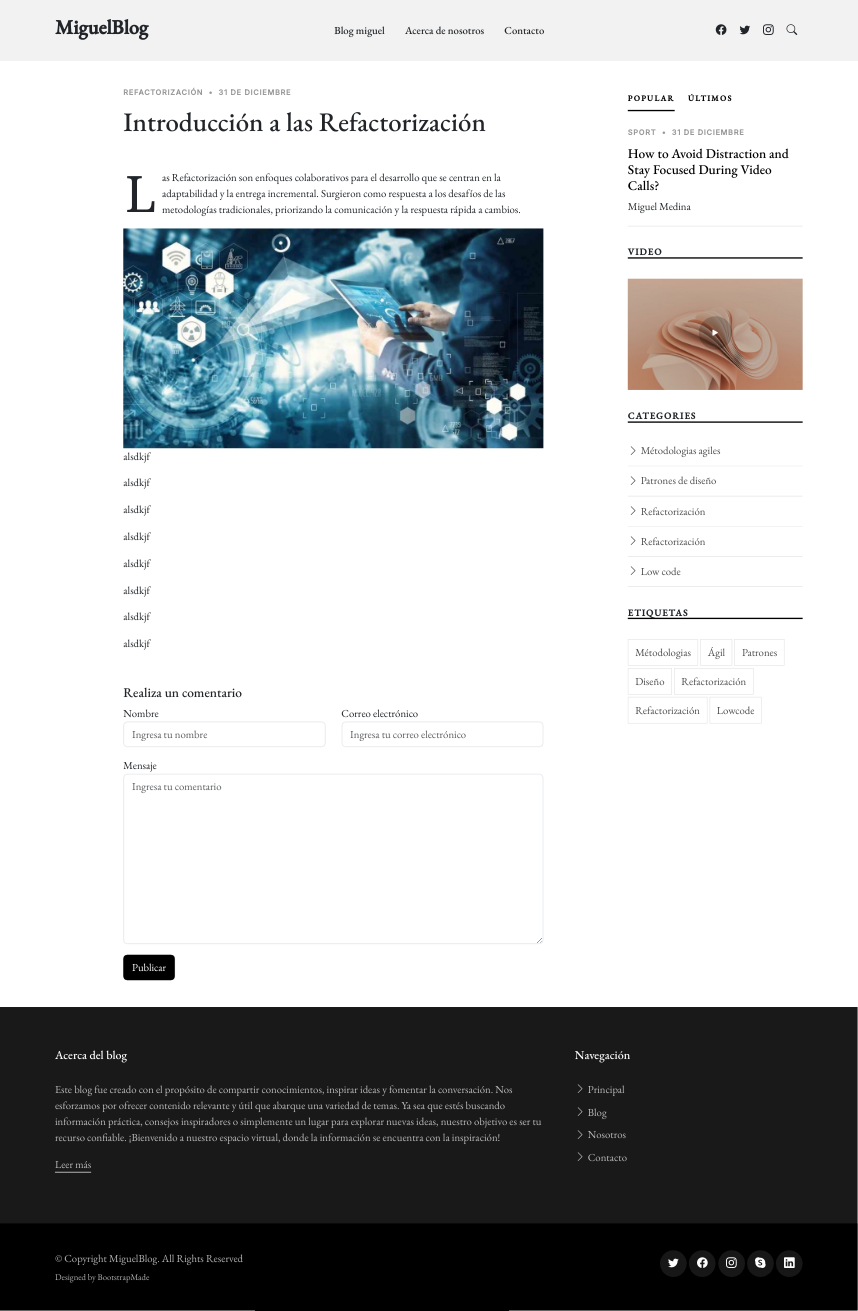
Repository: MiguelDev5/blog-miguel
Page: post-r.html
The author's editor kept a copy of each file at every save. The page is drawn from the files as they stood at one save, then again after the next save.
The browser window is 1280 px wide. The pictures show the whole page, at 67% of full size.
Some web fonts or font styles are not loaded; a fallback is used.

Above is the page before, as saved 2024-01-01 20:58:49.

After the next save:
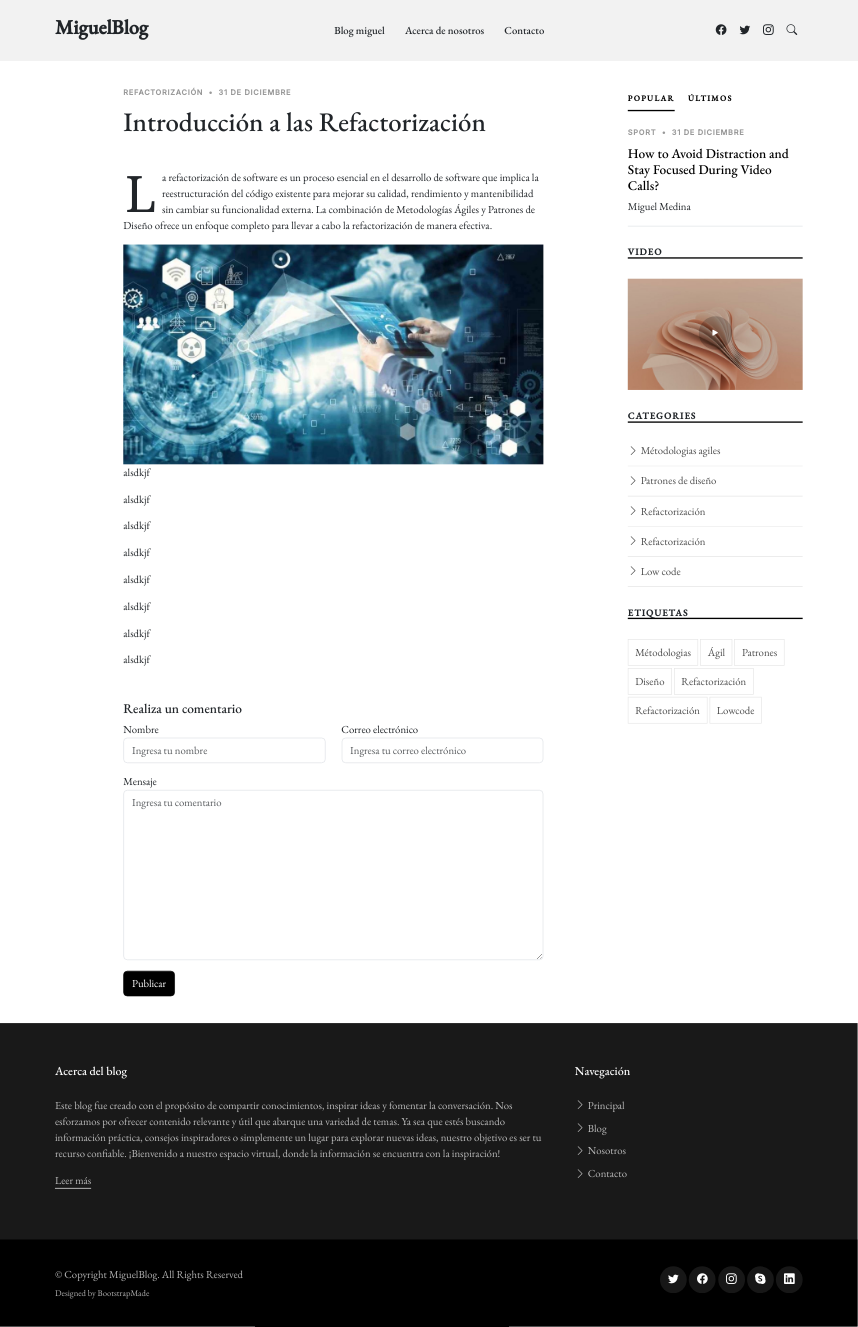
Saved 12 s later.
--- a/post-r.html
+++ b/post-r.html
@@ -92,7 +92,7 @@
             <div class="single-post">
               <div class="post-meta"><span class="date">Refactorización</span> <span class="mx-1">&bullet;</span> <span>31 de Diciembre</span></div>
               <h1 class="mb-5">Introducción a las Refactorización</h1>
-              <p><span class="firstcharacter">L</span>as Refactorización son enfoques colaborativos para el desarrollo que se centran en la adaptabilidad y la entrega incremental. Surgieron como respuesta a los desafíos de las metodologías tradicionales, priorizando la comunicación y la respuesta rápida a cambios.</p>
+              <p><span class="firstcharacter">L</span>a refactorización de software es un proceso esencial en el desarrollo de software que implica la reestructuración del código existente para mejorar su calidad, rendimiento y mantenibilidad sin cambiar su funcionalidad externa. La combinación de Metodologías Ágiles y Patrones de Diseño ofrece un enfoque completo para llevar a cabo la refactorización de manera efectiva.</p>
               <div class="col-md-9"></div>
                   <img src="assets/img/m001.jpg" alt="" class="img-fluid" style="width: 200;">
 
